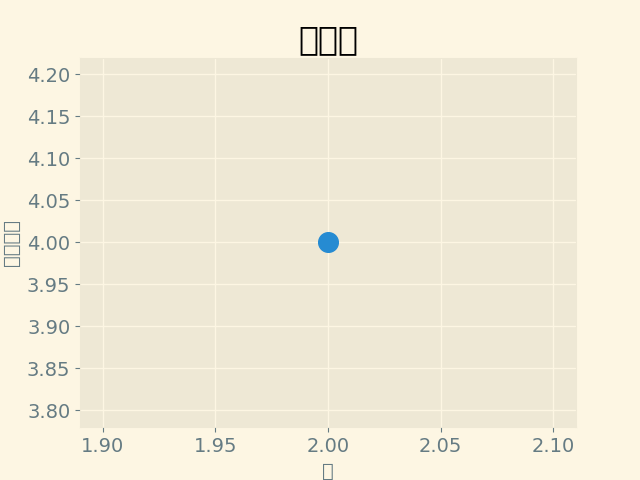
Repository: wh-debug/Matplotlib
Script's output: python make_scatter.py
These files come from the project's save history. The script's output is drawn as it stood at one moment and after the next save; the edit follows.
Random numbers start from a fixed seed.

Above is the script's output before, as saved 2021-02-23 15:19:47.

After the next save:
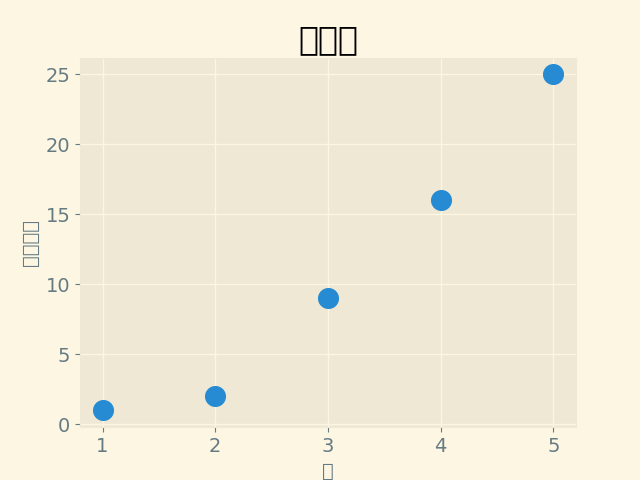
Saved 25 s later.
--- a/make_scatter.py
+++ b/make_scatter.py
@@ -1,19 +1,19 @@
 '''
 Author: your name
 Date: 2021-02-20 08:00:13
-LastEditTime: 2021-02-23 15:19:47
+LastEditTime: 2021-02-23 15:20:12
 LastEditors: Please set LastEditors
 Description: In User Settings Edit
 FilePath: \Matplotlib\make_scatter.py
 '''
 import matplotlib.pyplot as plt
 
-y_value = [1, 2, 3, 4, 5]
-x_value = [1, 2, 9, 16, 25]
+x_value = [1, 2, 3, 4, 5]
+y_value = [1, 2, 9, 16, 25]
 
 plt.style.use('Solarize_Light2')
 fig, ax = plt.subplots()
-ax.scatter(2, 4, s=200) #todo 其中s=200是指定点的大小
+ax.scatter(x_value, y_value, s=200) #todo 其中s=200是指定点的大小
 
 ax.set_title("平方数", fontsize=24)
 ax.set_xlabel("值", fontsize=14)
